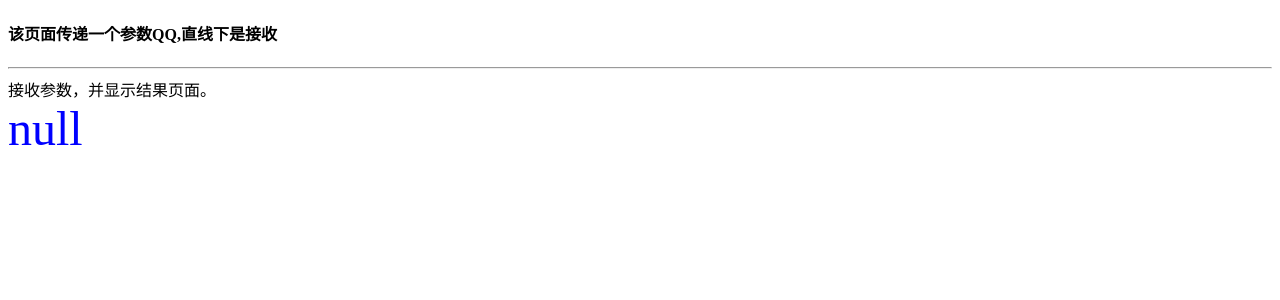
Repository: jhonprice/datecode
Page: http://localhost/jsp_study/3_5_1.jsp
The author's editor kept a copy of each file at every save. The page is drawn from the files as they stood at one save, then again after the next save.
The browser window is 1280 px wide. The pictures show the whole page.
The page is served by Tomcat 9.

Above is the page before, as saved 2015-11-01 12:00:22.

### java空间/jsp_study/WebContent/3_5_1.jsp
<%@ page language="java" contentType="text/html; charset=UTF-8"
    pageEncoding="UTF-8"%>
<!DOCTYPE html PUBLIC "-//W3C//DTD HTML 4.01 Transitional//EN" "http://www.w3.org/TR/html4/loose.dtd">
<html>
<head>
<meta http-equiv="Content-Type" content="text/html; charset=UTF-8">
<title>传参数页面</title>
</head>
<body>
	<h4>该页面传递一个参数QQ,直线下是接收</h4>
	<hr>
	<jsp:include page="3_5_2.jsp">
		<jsp:param name="uuserName" value="QQ"/>
	</jsp:include>

</body>
</html>

### java空间/jsp_study/WebContent/3_5_2.jsp
<%@ page language="java" contentType="text/html; charset=UTF-8"
    pageEncoding="UTF-8"%>
<!DOCTYPE html PUBLIC "-//W3C//DTD HTML 4.01 Transitional//EN" "http://www.w3.org/TR/html4/loose.dtd">
<html>
<head>
<meta http-equiv="Content-Type" content="text/html; charset=UTF-8">
<title>接收参数界面</title>
</head>
<body>
	接收参数，并显示结果页面。<br>
	<%String str=request.getParameter("Name"); %>
	<font color="blue" size="12"><%=str %></font>
</body>
</html>

After the next save:
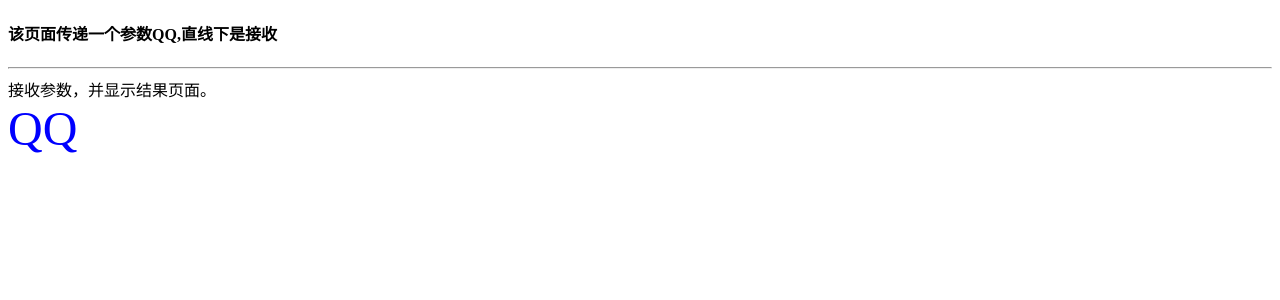
Saved 26 s later.
--- a/java空间/jsp_study/WebContent/3_5_1.jsp
+++ b/java空间/jsp_study/WebContent/3_5_1.jsp
@@ -10,7 +10,7 @@
 	<h4>该页面传递一个参数QQ,直线下是接收</h4>
 	<hr>
 	<jsp:include page="3_5_2.jsp">
-		<jsp:param name="uuserName" value="QQ"/>
+		<jsp:param name="Name" value="QQ"/>
 	</jsp:include>
 
 </body>
